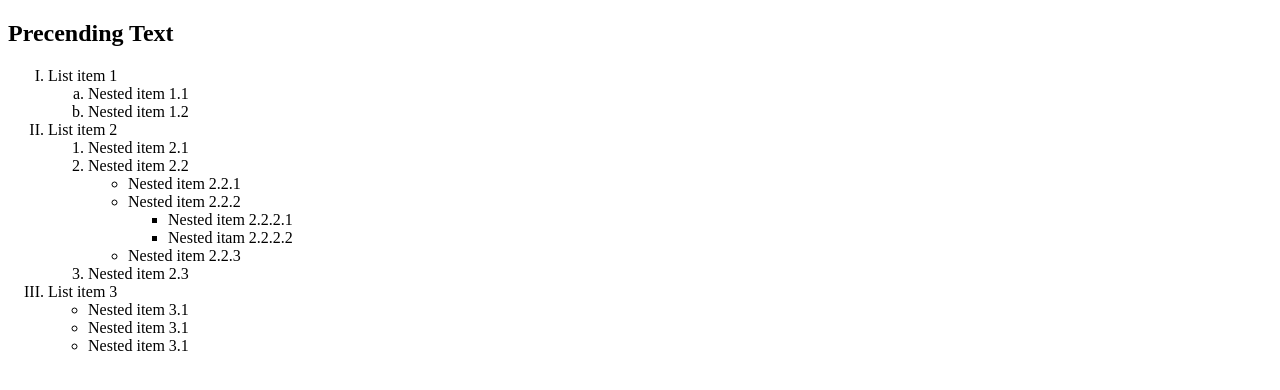
Repository: Rohit-sharma9838/myself
Page: Qspider/list2.html
These files come from the project's save history. The page is drawn as it stood at one moment and after the next save; the edit follows.
The browser window is 1280 px wide. The pictures show the whole page.

Above is the page before, as saved 2025-08-16 20:46:58.

### Qspider/list2.html
<!DOCTYPE html>
<html lang="en">
<head>
    <meta charset="UTF-8">
    <meta name="viewport" content="width=device-width, initial-scale=1.0">
    <title>Document</title>
    <style>
      .ab li::marker{
        background-color: black;
      }
    </style>
</head>
<body>
    <h2>Precending Text</h2>
    <ol type="I">
        <li>List item 1
        <ol type="a">
            <li>Nested item 1.1</li>
            <li>Nested item 1.2</li>
        </ol>
        </li>
        <li>List item 2
        <ol type="1">
            <li>Nested item 2.1</li>
            <li>Nested item 2.2
            <ul type="circle">
                <li>Nested item 2.2.1</li>
                <li>Nested item 2.2.2
                <ul type="square">
                    <li>Nested item 2.2.2.1</li>
                    <li>Nested itam 2.2.2.2</li>
                </ul>
                </li>
                </li>
                <li>Nested item 2.2.3</li>
            </ul>
            <li>Nested item 2.3</li>
        </ol>
        </li>
        <li>List item 3
        <ul type="circle" class="ab">
            <li>Nested item 3.1</li>
            <li>Nested item 3.1</li>
            <li>Nested item 3.1</li>
            </li>
        </ul>
    </ol>
</body>
</html>

After the next save:
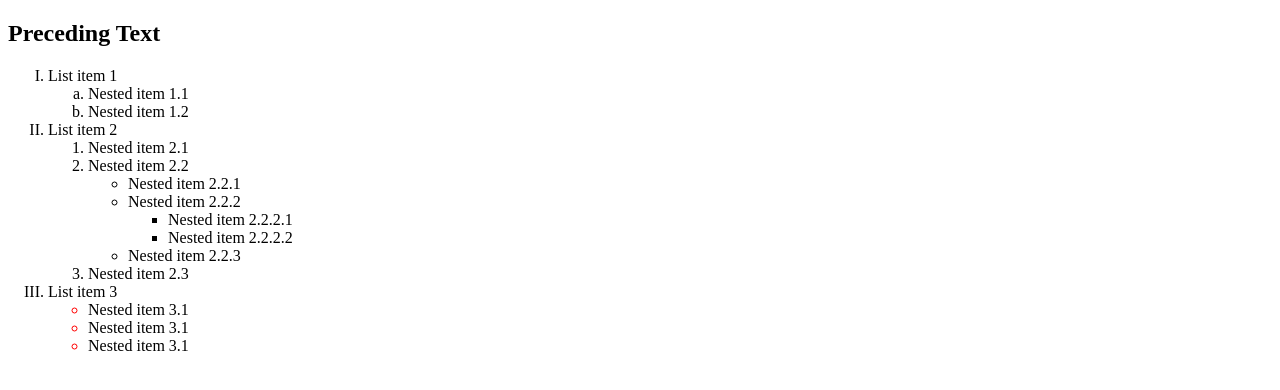
Saved 50 s later.
--- a/Qspider/list2.html
+++ b/Qspider/list2.html
@@ -1,49 +1,57 @@
 <!DOCTYPE html>
 <html lang="en">
 <head>
-    <meta charset="UTF-8">
-    <meta name="viewport" content="width=device-width, initial-scale=1.0">
-    <title>Document</title>
-    <style>
-      .ab li::marker{
-        background-color: black;
-      }
-    </style>
+  <meta charset="UTF-8" />
+  <meta name="viewport" content="width=device-width, initial-scale=1.0"/>
+  <title>Document</title>
+  <style>
+    .ab li::marker {
+      color: red; /* 🔴 Change bullet color */
+    }
+  </style>
 </head>
 <body>
-    <h2>Precending Text</h2>
-    <ol type="I">
-        <li>List item 1
-        <ol type="a">
-            <li>Nested item 1.1</li>
-            <li>Nested item 1.2</li>
-        </ol>
+  <h2>Preceding Text</h2>
+
+  <ol type="I">
+    <li>
+      List item 1
+      <ol type="a">
+        <li>Nested item 1.1</li>
+        <li>Nested item 1.2</li>
+      </ol>
+    </li>
+
+    <li>
+      List item 2
+      <ol type="1">
+        <li>Nested item 2.1</li>
+        <li>
+          Nested item 2.2
+          <ul type="circle">
+            <li>Nested item 2.2.1</li>
+            <li>
+              Nested item 2.2.2
+              <ul type="square">
+                <li>Nested item 2.2.2.1</li>
+                <li>Nested item 2.2.2.2</li>
+              </ul>
+            </li>
+            <li>Nested item 2.2.3</li>
+          </ul>
         </li>
-        <li>List item 2
-        <ol type="1">
-            <li>Nested item 2.1</li>
-            <li>Nested item 2.2
-            <ul type="circle">
-                <li>Nested item 2.2.1</li>
-                <li>Nested item 2.2.2
-                <ul type="square">
-                    <li>Nested item 2.2.2.1</li>
-                    <li>Nested itam 2.2.2.2</li>
-                </ul>
-                </li>
-                </li>
-                <li>Nested item 2.2.3</li>
-            </ul>
-            <li>Nested item 2.3</li>
-        </ol>
-        </li>
-        <li>List item 3
-        <ul type="circle" class="ab">
-            <li>Nested item 3.1</li>
-            <li>Nested item 3.1</li>
-            <li>Nested item 3.1</li>
-            </li>
-        </ul>
-    </ol>
+        <li>Nested item 2.3</li>
+      </ol>
+    </li>
+
+    <li>
+      List item 3
+      <ul type="circle" class="ab">
+        <li>Nested item 3.1</li>
+        <li>Nested item 3.1</li>
+        <li>Nested item 3.1</li>
+      </ul>
+    </li>
+  </ol>
 </body>
 </html>

After the save that followed:
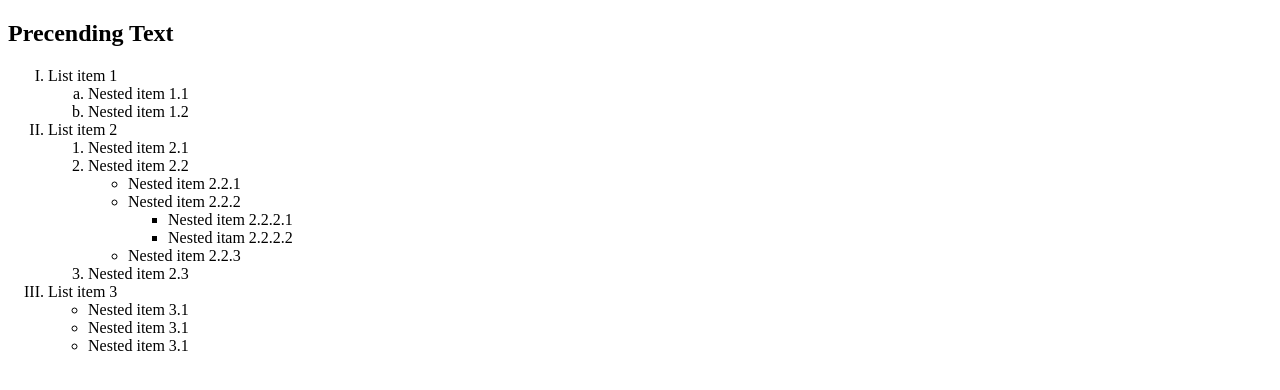
Saved 19 s later.
--- a/Qspider/list2.html
+++ b/Qspider/list2.html
@@ -1,57 +1,49 @@
 <!DOCTYPE html>
 <html lang="en">
 <head>
-  <meta charset="UTF-8" />
-  <meta name="viewport" content="width=device-width, initial-scale=1.0"/>
-  <title>Document</title>
-  <style>
-    .ab li::marker {
-      color: red; /* 🔴 Change bullet color */
-    }
-  </style>
+    <meta charset="UTF-8">
+    <meta name="viewport" content="width=device-width, initial-scale=1.0">
+    <title>Document</title>
+    <style>
+      .ab li::marker{
+        background-color: black;
+      }
+    </style>
 </head>
 <body>
-  <h2>Preceding Text</h2>
-
-  <ol type="I">
-    <li>
-      List item 1
-      <ol type="a">
-        <li>Nested item 1.1</li>
-        <li>Nested item 1.2</li>
-      </ol>
-    </li>
-
-    <li>
-      List item 2
-      <ol type="1">
-        <li>Nested item 2.1</li>
-        <li>
-          Nested item 2.2
-          <ul type="circle">
-            <li>Nested item 2.2.1</li>
-            <li>
-              Nested item 2.2.2
-              <ul type="square">
-                <li>Nested item 2.2.2.1</li>
-                <li>Nested item 2.2.2.2</li>
-              </ul>
+    <h2>Precending Text</h2>
+    <ol type="I">
+        <li>List item 1
+        <ol type="a">
+            <li>Nested item 1.1</li>
+            <li>Nested item 1.2</li>
+        </ol>
+        </li>
+        <li>List item 2
+        <ol type="1">
+            <li>Nested item 2.1</li>
+            <li>Nested item 2.2
+            <ul type="circle">
+                <li>Nested item 2.2.1</li>
+                <li>Nested item 2.2.2
+                <ul type="square">
+                    <li>Nested item 2.2.2.1</li>
+                    <li>Nested itam 2.2.2.2</li>
+                </ul>
+                </li>
+                </li>
+                <li>Nested item 2.2.3</li>
+            </ul>
+            <li>Nested item 2.3</li>
+        </ol>
+        </li>
+        <li>List item 3
+        <ul type="circle" class="ab">
+            <li>Nested item 3.1</li>
+            <li>Nested item 3.1</li>
+            <li>Nested item 3.1</li>
             </li>
-            <li>Nested item 2.2.3</li>
-          </ul>
-        </li>
-        <li>Nested item 2.3</li>
-      </ol>
-    </li>
-
-    <li>
-      List item 3
-      <ul type="circle" class="ab">
-        <li>Nested item 3.1</li>
-        <li>Nested item 3.1</li>
-        <li>Nested item 3.1</li>
-      </ul>
-    </li>
-  </ol>
+        </ul>
+    </ol>
 </body>
 </html>
